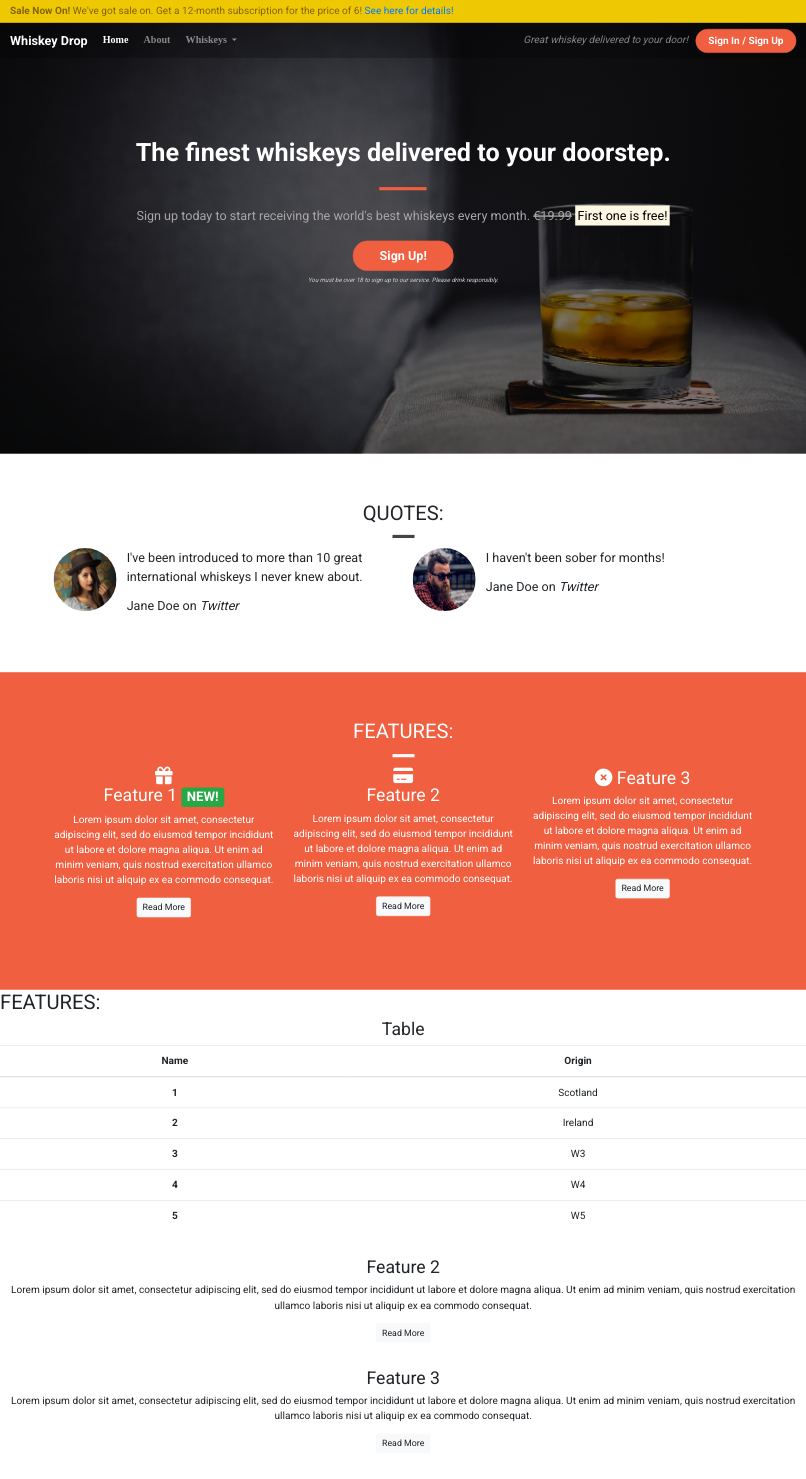
Repository: Coder731/blank_for_aws
Page: index2.html
The author's editor kept a record of every edit. The page is drawn from the files as they stood at one moment, then again after the next edit.
The browser window is 1280 px wide. The pictures show the whole page, at 63% of full size.
Backgrounds fixed to the window are drawn as part of the page. Some web libraries are served in a nearby version.

Above is the page before.

After the next edit:
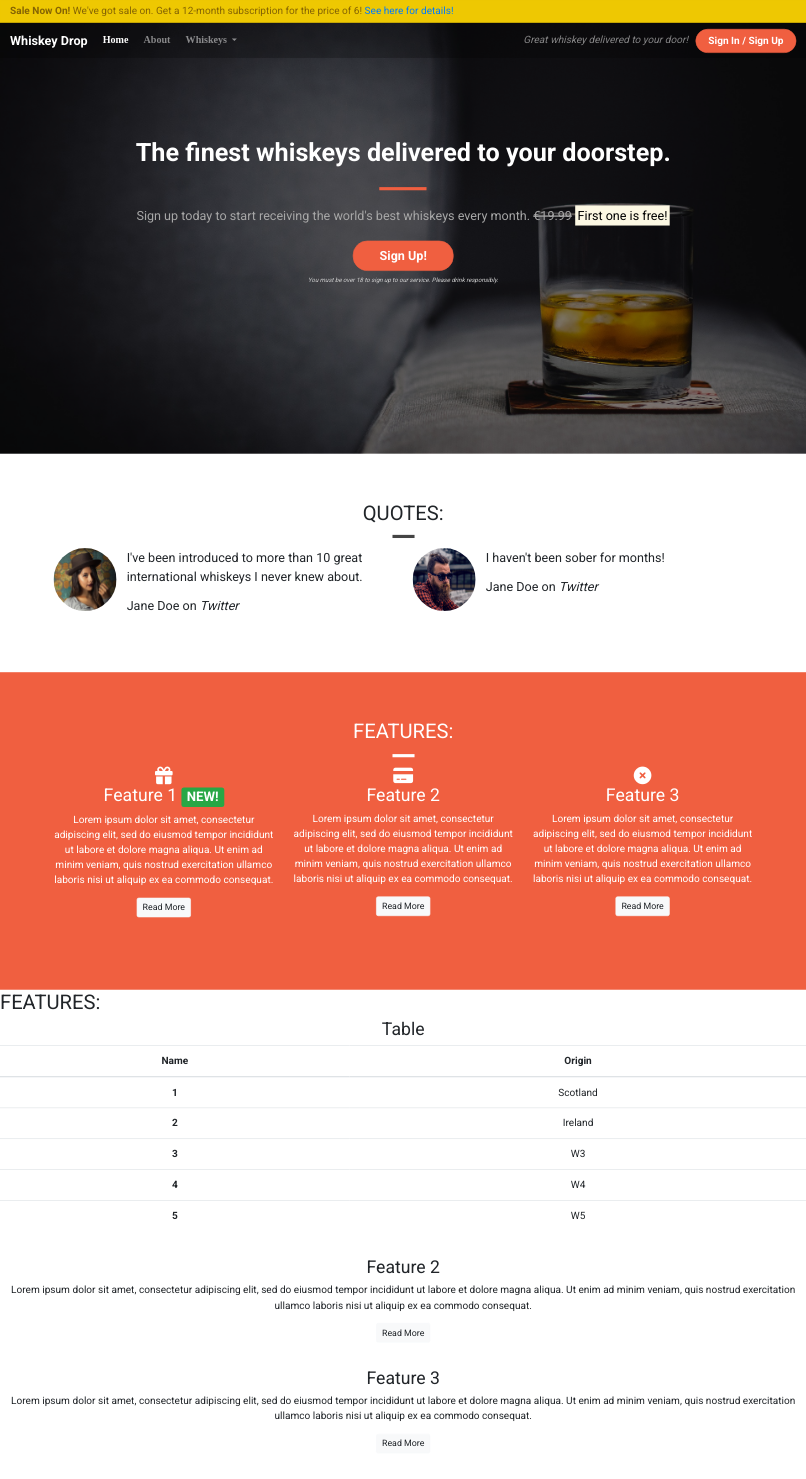
The edit:
--- a/index2.html
+++ b/index2.html
@@ -147,7 +147,7 @@
                         </div>
                         <div class="col-12 d-md-none d-lg-block col-lg-4">
                             <div class="feature">
-                                <h3><i class="fas fa-times-circle d-none d-sm-inline"></i> Feature 3</h3>
+                                <h3><i class="fas fa-times-circle d-none d-sm-block"></i> Feature 3</h3>
                                 <p>Lorem ipsum dolor sit amet, consectetur adipiscing elit, sed do eiusmod tempor incididunt ut labore et dolore magna aliqua. Ut enim ad minim veniam, quis nostrud exercitation ullamco laboris nisi ut aliquip ex ea commodo consequat.</p>
                                 <p><a class="btn btn-sm btn-light" href="">Read More</a></p>
                             </div>
